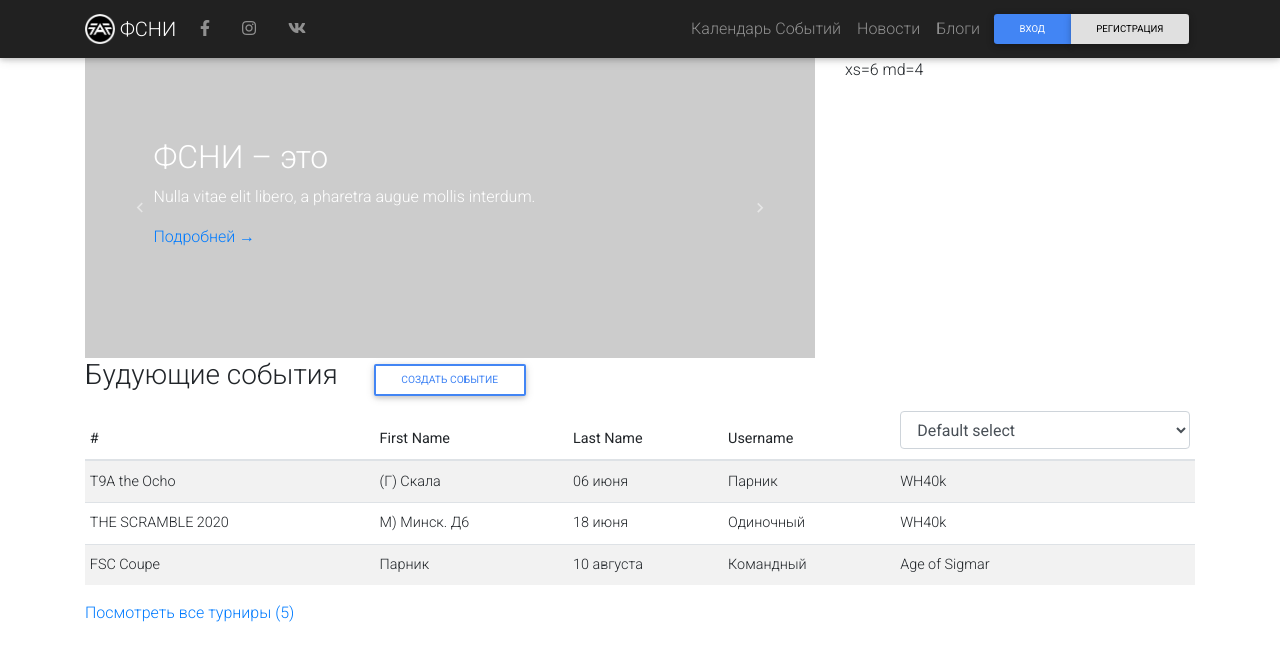
Repository: alexey1986/fsni_test
Page: /
An editor plug-in stored every save of this project. The page is shown before and after the next save, followed by the edit.
The browser window is 1280 px wide. The pictures show the whole page.
The project was rebuilt for these pictures with package versions that can differ from the ones it lists, and the page was loaded fresh each time. Also part of the build but not shown: src/pages/calendar.jsx, src/pages/news.jsx, src/pages/blogs.jsx.

Above is the page before, as saved 2020-08-29 10:33:34.

After the next save:
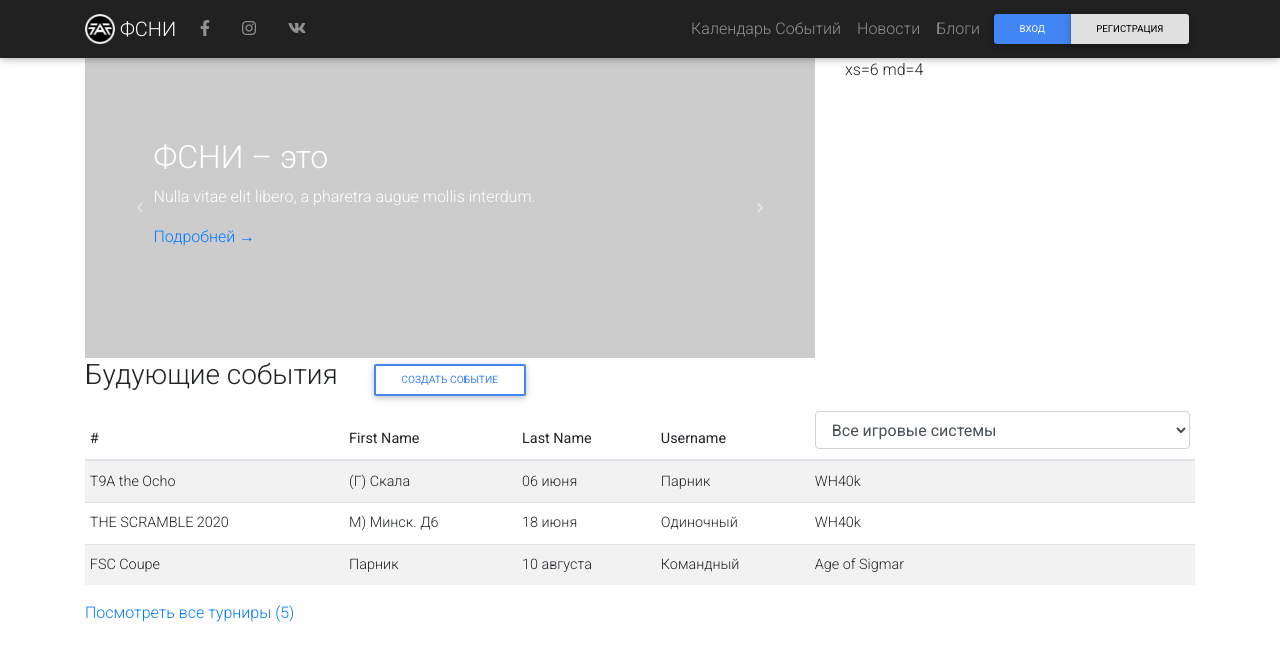
Saved 29 s later.
--- a/src/pages/home.jsx
+++ b/src/pages/home.jsx
@@ -38,7 +38,9 @@
                             <th>Username</th>
                             <th>
                                 <Form.Control as="select">
-                                    <option>Default select</option>
+                                    <option>Все игровые системы</option>
+                                    <option>WH40k</option>
+                                    <option>Age of Sigmar</option>
                                 </Form.Control>
                             </th>
                         </tr>
